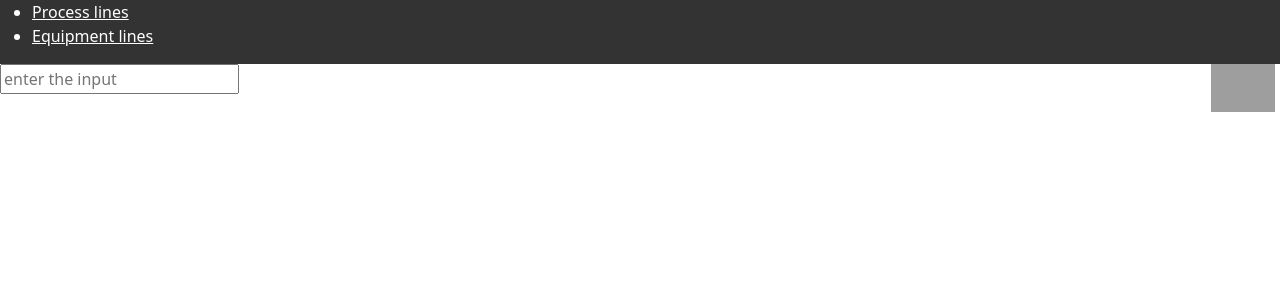
Repository: sreech465/evin3
Page: /pdetails
The author's editor kept a copy of each file at every save. The page is drawn from the files as they stood at one save, then again after the next save.
The browser window is 1280 px wide. The pictures show the whole page.
Pictures or frames that could not be fetched are drawn as grey boxes. The page's requests for data from a server got no answer. The project was rebuilt for these pictures with package versions that can differ from the ones it lists, and the page was loaded fresh each time. No one was signed in, and anything a server would have sent is missing. Also part of the build but not shown: src/Login.js, src/Display.js, src/Details.js, src/Equipment.js, src/Learning.js, src/ProcessDetails.js, src/EquipDetails.js.

Above is the page before, as saved 2022-10-29 07:33:33.

### src/index.js
import React from "react";
import ReactDOM from "react-dom/client";
import "./index.css";
import App from "./App";
import reportWebVitals from "./reportWebVitals";
import { Provider } from "react-redux";
import store from "./store";
import "bootstrap/dist/css/bootstrap.min.css";
const root = ReactDOM.createRoot(document.getElementById("root"));
root.render(
  <React.StrictMode>
    <Provider store={store}>
      <App />
    </Provider>
  </React.StrictMode>
);

// If you want to start measuring performance in your app, pass a function
// to log results (for example: reportWebVitals(console.log))
// or send to an analytics endpoint. Learn more: https://bit.ly/CRA-vitals
reportWebVitals();

### src/App.js
import React from "react";
import { Routes, Route } from "react-router-dom";
import { BrowserRouter } from "react-router-dom";
import Login from "./Login";
import Display from "./Display";
import Details from "./Details";
import Process from "./Process";
import Equipment from "./Equipment";
import Learning from "./Learning";
import ProcessDetails from "./ProcessDetails";
import EquipDetails from "./EquipDetails";

const App = () => {
  return (
    <div className="App">
      <BrowserRouter>
        <Routes>
          <Route path="/" element={<Login />} />
          <Route path="/display" element={<Display />} />
          <Route path="/details" element={<Details />} />
          <Route path="/pdetails" element={<Process />} />
          <Route path="/elearning" element={<Learning />} />
          <Route path="/equipment" element={<Equipment />} />
          <Route path="/pdetails/:id" element={<ProcessDetails />} />
          <Route path="/equipment/:id" element={<EquipDetails />} />
        </Routes>
      </BrowserRouter>
    </div>
  );
};

export default App;

### src/store.js
import { applyMiddleware, createStore } from "redux";
import thunk from "redux-thunk";

import { singleReducer } from "./combineReducer";

const store = createStore(singleReducer, applyMiddleware(thunk));

export default store;

### src/Process.js
import React, { useState, useEffect } from "react";
import { useSelector, useDispatch } from "react-redux";
import { getProcesslines } from "./Actions";
import Headertabs from "./Headertabs";
import { Routes, Route } from "react-router-dom";
import { BrowserRouter } from "react-router-dom";
import Equipment from "./Equipment";
import { Link } from "react-router-dom";
import CustomSearchBar from "./CustomSearchBar";

const Process = () => {
  const dispatch = useDispatch();

  const access_token = useSelector(
    (state) => state.LoginReducer.auth.access_token
  );
  console.log(access_token);

  const ProcessData = useSelector((state) => state.ProcessReducer.Data101);
  console.log(ProcessData);

  useEffect(() => {
    dispatch(getProcesslines(access_token));
  }, []);

  const [tab, setTab] = useState("Process Line");
  const tabs = (data) => {
    setTab(data);
  };

  return (
    <>
      <Headertabs />
      {/* <div>
        <Routes>
          <Route path="/equipment" element={<Equipment />} />
        </Routes>
      </div> */}

      <CustomSearchBar data={tab === "Process Line" ? ProcessData : ""} />

      <>
        {ProcessData &&
          ProcessData.data.length > 0 &&
          ProcessData.data.map((element) => {
            return (
              <>
                <div class="card" style={{ display: "flex" }}>
                  <img
                    style={{ width: 70, height: 40 }}
                    class="card-img-top"
                    src={element.primary_product_details.primary_product_image}
                    alt="Card image cap"
                  />
                  <div class="card-body">
                    <h5 class="card-title">{element.name}</h5>
                    <p class="card-text">
                      {element.line_capacity} {element.org_location_name}.
                    </p>
                    <Link to={`/pdetails/${element.id}`}>
                      <button class="btn btn-primary">Details</button>
                    </Link>
                  </div>
                </div>
              </>
            );
          })}
      </>
      {/* ) : ( "loading" ); */}
    </>
  );
};

export default Process;

### src/combineReducer.js
import { combineReducers } from "redux";
import {
  equipmentReducer,
  equipmentReducer1,
  LoginReducer,
  processReducer,
  processReducer1,
  projectReducer,
} from "./Reducer";

export const singleReducer = combineReducers({
  LoginReducer: LoginReducer,
  ProjectReducer: projectReducer,
  ProcessReducer: processReducer,
  ProcessReducer1: processReducer1,
  EquipmentReducer: equipmentReducer,
  EquipmentReducer1: equipmentReducer1,
});

### src/Actions.js
import axios from "axios";

import {
  LOGIN_SUCESS,
  PROCESS_SUCESS,
  PROJECT_SUCESSC,
  EQUIPMENT_SUCESS,
  EQUIPMENT_SUCESSC,
  PROJECT_SUCESS,
} from "./types";

const apiBaseUrl = "http://52.139.224.15:81/account/";
const adminbaseurl = "http://52.139.224.15:81/";
const baseUrl = "http://52.139.224.15:81/account/login/";

export const loginAction = (username, password, navigate) => {
  console.log(username, password, "action");
  return async (dispatch) => {
    const formData = {
      username: username,
      password: password,
    };

    try {
      await axios.post(baseUrl, formData).then((response) => {
        console.log("response from api", response.data);
        if (response.status == 200) {
          dispatch({ type: LOGIN_SUCESS, payload: response.data });
          navigate("/display");
        }
      });
    } catch (err) {
      console.log(err);
    }
  };
};

export const getProjectDetails = (access_token) => {
  console.log(access_token);
  return async (dispatch) => {
    let config = {
      headers: { Authorization: `Bearer ${access_token}` },
    };

    try {
      await axios
        .get(
          "http://52.139.224.15:81/my_project_list/?search=&page=1&ordering=-id&project_status=&solution_org=",
          config
        )
        .then((response) => {
          console.log("response from api", response);
          if (response.status == 200) {
            dispatch({ type: PROCESS_SUCESS, payload: response });
          }
        });
    } catch (err) {
      console.log(err);
    }
  };
};

export const getProcesslines = (access_token) => {
  console.log(access_token);
  return async (dispatch) => {
    let config = {
      headers: { Authorization: `Bearer ${access_token}` },
    };

    try {
      await axios
        .get(
          "http://52.139.224.15:81/end_user/process_line/?primary_product=all&org_location=&query=&page=1&sort_by=-id&installed_by=",
          config
        )
        .then((response) => {
          console.log("response from api", response);
          if (response.status == 200) {
            dispatch({ type: PROJECT_SUCESS, payload: response });
          }
        });
    } catch (err) {
      console.log(err);
    }
  };
};

export const getProcesslines1 = (access_token, id) => {
  console.log(access_token);
  console.log(id);

  return async (dispatch) => {
    let config = {
      headers: { Authorization: `Bearer ${access_token}` },
    };

    try {
      await axios
        .get(
          `http://52.139.224.15:81/end_user/process_line/?line_id=${id}`,
          config
        )
        .then((response) => {
          console.log("response from api", response);
          if (response.status == 200) {
            dispatch({ type: PROJECT_SUCESSC, payload: response });
          }
        });
    } catch (err) {
      console.log(err);
    }
  };
};

export const getEquipmentDetails = (access_token) => {
  console.log(access_token);
  return async (dispatch) => {
    let config = {
      headers: { Authorization: `Bearer ${access_token}` },
    };

    try {
      await axios
        .get(
          "http://52.139.224.15:81/tagged_equipment_list/?search=&page=1&ordering=-status&process_line__org_location__name=&process_line__name=&system=&oem_org_id=&process_line__primary_product_ref__name=&equipment_select=&process_line__installed_by=",
          config
        )
        .then((response) => {
          console.log("response from api", response);
          if (response.status == 200) {
            dispatch({ type: EQUIPMENT_SUCESS, payload: response });
          }
        });
    } catch (err) {
      console.log(err);
    }
  };
};

export const getEquipmentDetails1 = (access_token, id) => {
  console.log(access_token);
  console.log(id);
  return async (dispatch) => {
    let config = {
      headers: { Authorization: `Bearer ${access_token}` },
    };

    try {
      await axios
        .get(
          `http://52.139.224.15:81/tagged_equipment_list/?installed_equipment_id=${id}`,
          config
        )
        .then((response) => {
          console.log("response from api", response);
          if (response.status == 200) {
            dispatch({ type: EQUIPMENT_SUCESSC, payload: response });
          }
        });
    } catch (err) {
      console.log(err);
    }
  };
};

### src/Headertabs.js
import React from "react";
import "./styles.css";
import { Link } from "react-router-dom";

const Headertabs = () => {
  return (
    <nav className="nav">
      <ul>
        <li>
          <Link to="/pdetails">Process lines</Link>
        </li>
        <li>
          <Link to="/equipment">Equipment lines</Link>
        </li>
      </ul>
    </nav>
  );
};

export default Headertabs;

### src/CustomSearchBar.js
import React, { useEffect, useState } from "react";

const CustomSearchBar = (props) => {
  const [array, setArray] = useState([]);
  const [input, setInput] = useState("");
  const [suggestions, setSuggestions] = useState([]);
  useEffect(() => {
    setArray(props.data);
  }, [props.data]);
  const handleSearch = (name) => {
    // console.log(props.tab)
    setInput(name);
  };

  return (
    <>
      <div style={{ display: "flex" }}>
        <input
          type="text"
          onChange={(name) => {
            handleSearch(name);
          }}
          placeholder="enter the input"
          color="black"
        />

        <div>
          <img
            src="http://52.139.224.15:9090/assets/svg-icon/ic_filter.svg"
            style={{ width: "5%", position: "absolute", right: 5 }}
          />
        </div>
      </div>
    </>
  );
};

export default CustomSearchBar;

### src/Reducer.js
import {
  EQUIPMENT_SUCESS,
  EQUIPMENT_SUCESSC,
  LOGIN_SUCESS,
  PROCESS_SUCESS,
  PROJECT_SUCESS,
  PROJECT_SUCESSC,
} from "./types";
const initialState = {
  auth: {
    access_token: "",
    username: "",
    role_permissions: [],
  },
  Data100: "",
};

export const LoginReducer = (state = initialState, action) => {
  // console.log(action);

  switch (action.type) {
    case LOGIN_SUCESS:
      return {
        ...state,

        auth: action.payload,
      };

    default:
      return state;
  }
};

export const projectReducer = (state = initialState, action) => {
  // console.log(action);

  switch (action.type) {
    case PROCESS_SUCESS:
      return {
        ...state,

        Data100: action.payload,
      };

    default:
      return state;
  }
};

export const processReducer = (state = initialState, action) => {
  // console.log(action);

  switch (action.type) {
    case PROJECT_SUCESS:
      return {
        ...state,

        Data101: action.payload,
      };

    default:
      return state;
  }
};

export const processReducer1 = (state = initialState, action) => {
  // console.log(action);

  switch (action.type) {
    case PROJECT_SUCESSC:
      return {
        ...state,

        TOM: action.payload,
      };

    default:
      return state;
  }
};

export const equipmentReducer = (state = initialState, action) => {
  // console.log(action);

  switch (action.type) {
    case EQUIPMENT_SUCESS:
      return {
        ...state,

        Data102: action.payload,
      };

    default:
      return state;
  }
};

export const equipmentReducer1 = (state = initialState, action) => {
  // console.log(action);

  switch (action.type) {
    case EQUIPMENT_SUCESSC:
      return {
        ...state,

        JERRY: action.payload,
      };

    default:
      return state;
  }
};

### src/types.js
export const LOGIN_SUCESS = "LOGIN_SUCESS";
export const PROCESS_SUCESS = "PROCESS_SUCESS";
export const PROJECT_SUCESS = "PROJECT_SUCESS";
export const EQUIPMENT_SUCESS = "EQUIPMENT_SUCESS";
export const EQUIPMENT_SUCESSC = "EQUIPMENT_SUCESSC";
export const PROJECT_SUCESSC = "PROJECT_SUCESSC";

### src/styles.css
* {
    box-sizing: border-box;
}

body {
    margin:0;

}

.nav {
    background-color: #333;
    color:white;
    display: flex;
    justify-content: space-between;
    align-items: center;
    gap: 2rem;
    padding: 0 1rem;
}

.nav a {
    color:inherit
}

Loaded but not shown: public/index.html (common file); src/index.css (common file); src/reportWebVitals.js (common file)

After the next save:
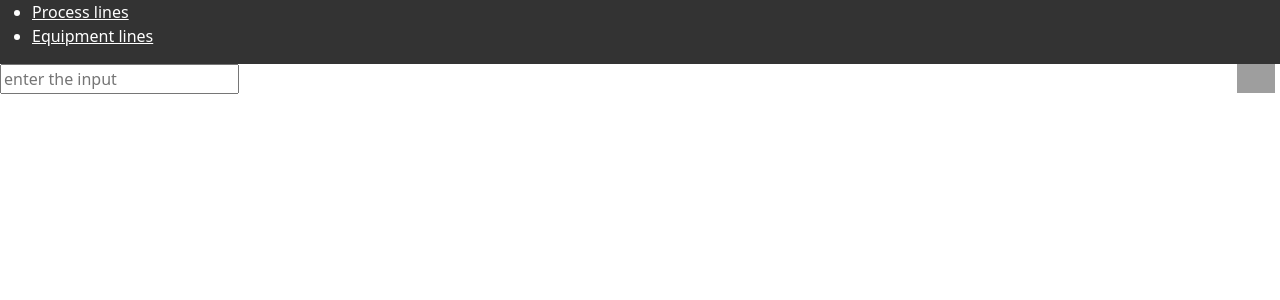
Saved 10 s later.
--- a/src/CustomSearchBar.js
+++ b/src/CustomSearchBar.js
@@ -27,7 +27,7 @@ const CustomSearchBar = (props) => {
         <div>
           <img
             src="http://52.139.224.15:9090/assets/svg-icon/ic_filter.svg"
-            style={{ width: "5%", position: "absolute", right: 5 }}
+            style={{ width: "3%", position: "absolute", right: 5 }}
           />
         </div>
       </div>
